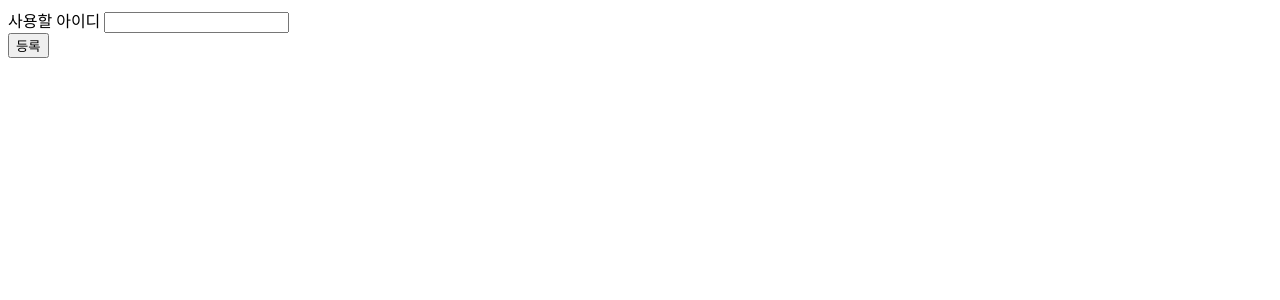
Repository: ybshim90/sesac1
Page: day_20211217_01_web/src/main/webapp/regist.html
The author's editor kept a copy of each file at every save. The page is drawn from the files as they stood at one save, then again after the next save.
The browser window is 1280 px wide. The pictures show the whole page.

Above is the page before, as saved 2021-12-17 03:31:38.

### day_20211217_01_web/src/main/webapp/regist.html
<!DOCTYPE html>
<html>
	<head>
		<meta charset="UTF-8">
		<title>Insert title here</title>
	</head>
	<body>
		<form action="jsp/form1.jsp">
			사용할 아이디
			<input type="text" name="memid"><br>
			<input type="submit" value="등록">
		</form>
	</body>
</html>

After the next save:
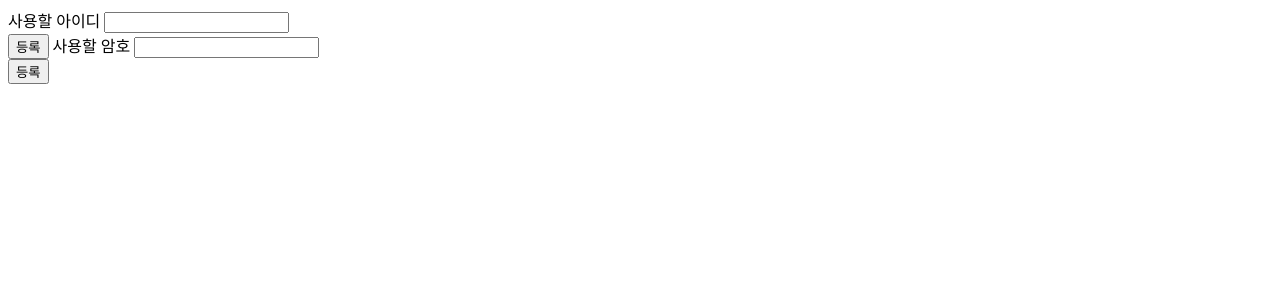
Saved 4 min 33 s later.
--- a/day_20211217_01_web/src/main/webapp/regist.html
+++ b/day_20211217_01_web/src/main/webapp/regist.html
@@ -9,6 +9,11 @@
 			사용할 아이디
 			<input type="text" name="memid"><br>
 			<input type="submit" value="등록">
+
+			사용할 암호
+			<input type="password" name="memid"><br>
+			<input type="submit" value="등록">
+
 		</form>
 	</body>
 </html>
